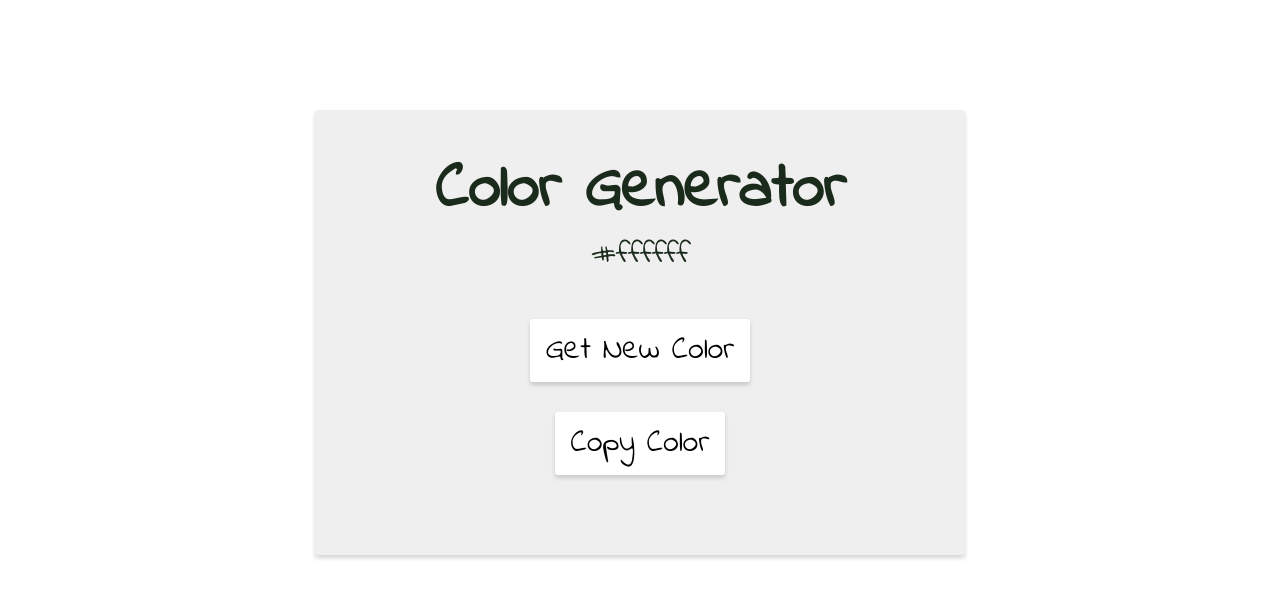
Repository: codimis/JSB-01-Color-Changer
Page: index.html
The author's editor kept a copy of each file at every save. The page is drawn from the files as they stood at one save, then again after the next save.
The browser window is 1280 px wide. The pictures show the whole page.
After loading, the first visible `#copyColor` was clicked once.

Above is the page before, as saved 2021-09-17 02:27:42.
Console error: SyntaxError: Unexpected token '}'

After the next save:
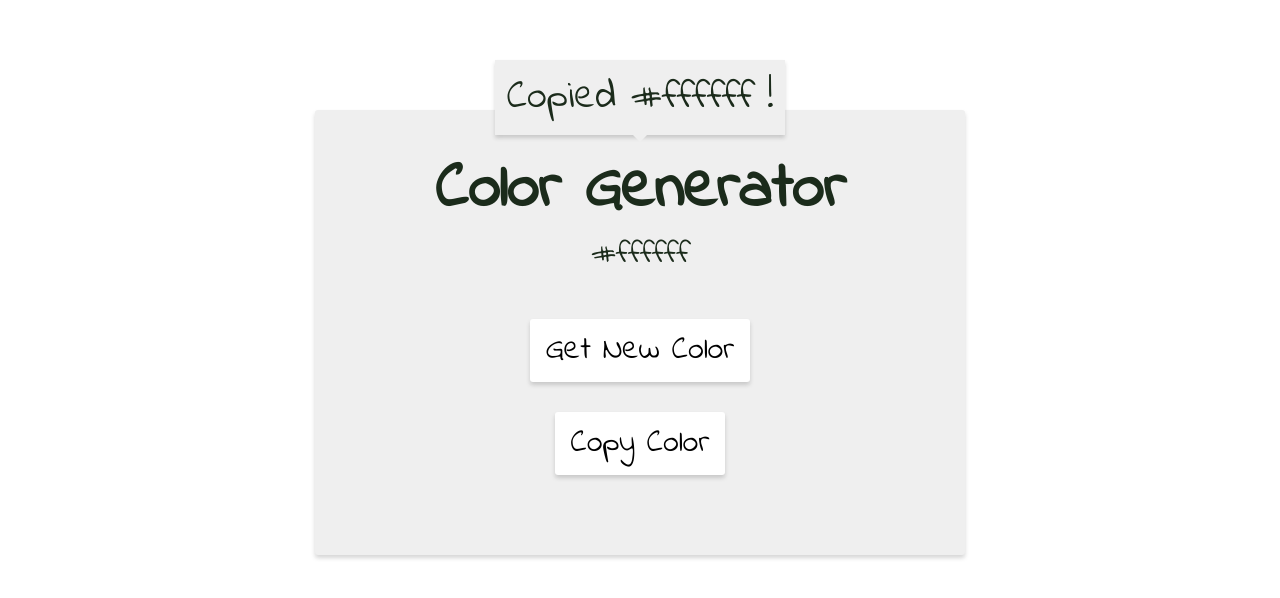
The error is gone.
Saved 93 s later.
--- a/color.js
+++ b/color.js
@@ -1,5 +1,4 @@
 const currentColor = document.querySelector('#currentColor')
-const container = document.querySelector('.container')
 const body = document.body
 
 const getHex = () => {
@@ -37,5 +36,10 @@ const copyColor = () => {
     //to show
     const alert = document.createElement('span')
     alert.classList.add('alert')
-    alert.textContent =
+    alert.textContent = `Copied ${color} !`
+    const container = document.querySelector('.container')
+    container.insertAdjacentElement('afterbegin',alert)
+    setTimeout(function() {
+        alert.remove()
+    },2000)
 }
